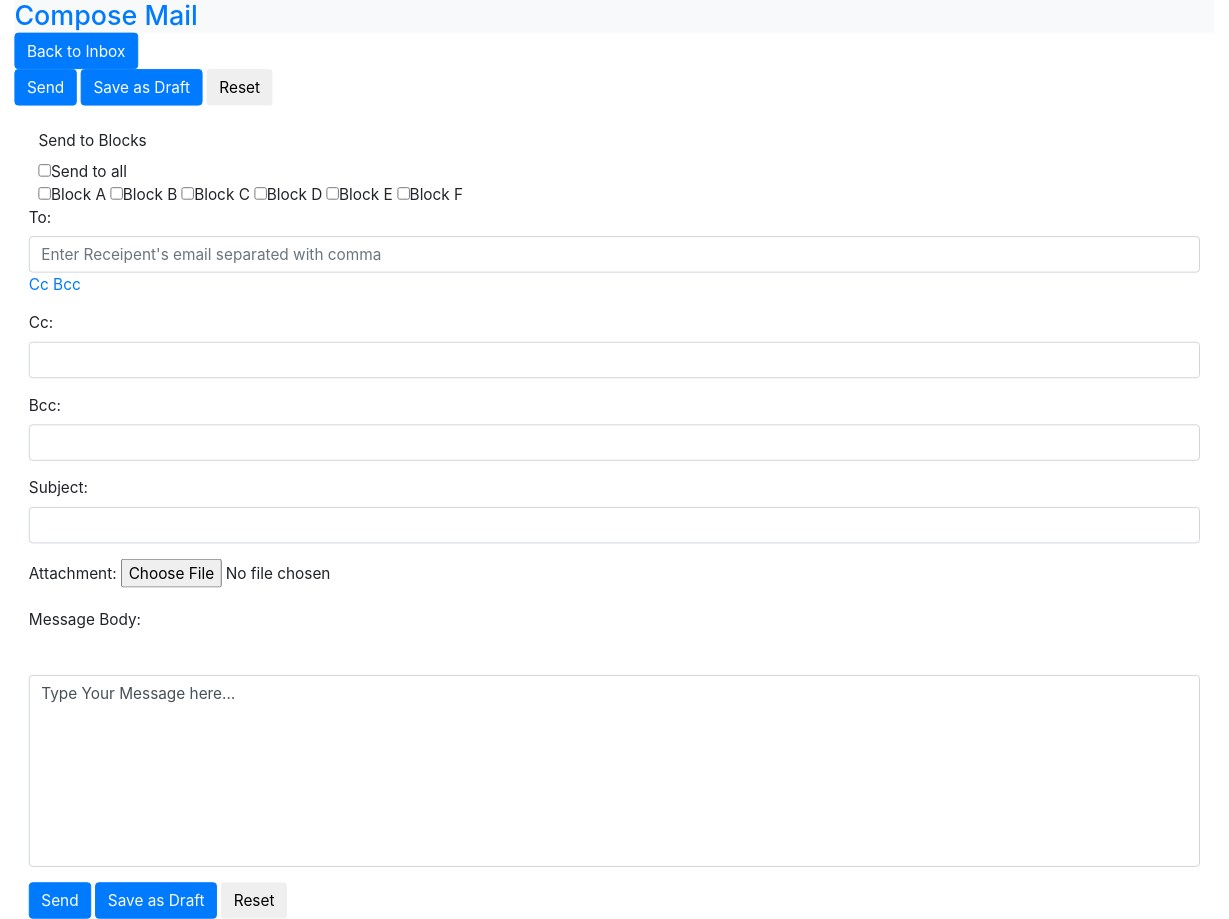
Repository: shaikhreza43/ZeeSense-MailApi-Module-For-Testing
Page: email-project-zeesense/WebContent/composemail.html
An editor plug-in stored every save of this project. The page is shown before and after the next save, followed by the edit.
The browser window is 1280 px wide. The pictures show the whole page, at 96% of full size.
Some web libraries are served in a nearby version.

Above is the page before, as saved 2019-01-04 13:00:18.
Console error: TypeError: Cannot read properties of undefined (reading 'fn')

### email-project-zeesense/WebContent/composemail.html
<!DOCTYPE html>
<html>
<head>
<meta charset="utf-8">
<meta name="viewport" content="width=device-width, initial-scale=1">
<link rel="stylesheet"
	href="https://maxcdn.bootstrapcdn.com/bootstrap/4.1.3/css/bootstrap.min.css">
<script
	src="https://maxcdn.bootstrapcdn.com/bootstrap/4.1.3/js/bootstrap.min.js"></script>
<script type="text/javascript"
	src="https://cdnjs.cloudflare.com/ajax/libs/angular.js/1.7.5/angular.min.js"></script>
<script type="text/javascript" src="composemail.ctrl.js"></script>
<script src="composemail.js"></script>

<meta charset="ISO-8859-1">
<title>Welcome To ZeeSense Systems</title>
</head>
<body>



	<div class="col-lg-12 m-t-sm m-b-sm">

		<div class="panel panel-default bg-light text-primary text-left">
			<div class="panel-body">
				<span class="h3 font-bold">Compose Mail</span>
			</div>
		</div>


		<div ng-controller="mailApp" style="margin-bottom: 0%">
			<button class="btn btn-primary" ui-sref="app.messages">Back
				to Inbox</button>

			<div class="pull-right m-r-lg">
				<button type="submit" class="btn btn-primary" ng-click="sendEmail()">Send</button>
				<button type="submit" class="btn btn-primary" ng-click="savedraft()">Save
					as Draft</button>
				<button type="reset" class="btn btn-default">Reset</button>


			</div>


		</div>

		<div style="margin-left: 2%">

			<!-- <label for="all">Send to All</label>
    <input type="radio" id="all" ng-model="composemail.to"> -->
			<br> <label for="specific block">Send to Blocks</label> <br>
			<!-- <select class="bg-primary" name="specific block" id="specific block">
      <option value="select">Select</option>
      <option value="Block A">Block A</option>
      <option value="Block B">Block B</option>
      <option value="Block C">Block C</option>
      <option value="Block D">Block D</option>
      <option value="Block E">Block E</option>
    </select> -->
			<!-- <input type="checkbox" name="selectall" id="selectall" value="select all" ng-model="composemail.to" onChange="checkAll(this)">Send to all<br> -->
			<input type="checkbox" name="selectall" id="selectall"
				value="select all" ng-model="all">Send to all<br> <input
				type="checkbox" name="Block A" id="Block A" value="Block A"
				ng-checked="all">Block A <input type="checkbox"
				name="Block B" id="Block B" value="Block B" ng-checked="all">Block
			B <input type="checkbox" name="Block C" id="Block C" value="Block C"
				ng-checked="all">Block C <input type="checkbox"
				name="Block D" id="Block D" value="Block D" ng-checked="all">Block
			D <input type="checkbox" name="Block E" id="Block E" value="Block E"
				ng-checked="all">Block E <input type="checkbox"
				name="Block F" id="Block F" value="Block F" ng-checked="all">Block
			F

		</div>

		<div class="col-lg-12 ">

			<toaster-container
				toaster-options="{'position-class': 'toast-center', 'close-button':true, 'time-out': 2000}"></toaster-container>


			<section ng-controller="mailApp">
				<div class="compose-mail m-l-xs">
					<form role="form-horizontal" action="saveAndSendMail.do" method="post">
						<div class="form-group">


							<label for="to" class="control-label">To: </label> <input
								type="email" class="form-control" style="width: 100%"
								placeholder="Enter Receipent's email separated with comma"
								ng-model="composemail.to">
							<!-- <div class="compose-options">
              <a onclick="$(this).hide(); $('#cc').parent().removeClass('hidden'); $('#cc').focus();" href="javascript:;">Cc</a>
              <a onclick="$(this).hide(); $('#bcc').parent().removeClass('hidden'); $('#bcc').focus();" href="javascript:;">Bcc</a>
            </div> -->


							<div class="compose-options">
								<a
									onclick="$(this).hide(); $('#cc').parent().removeClass('hidden'); $('#cc').focus();"
									href="javascript:;">Cc</a> <a
									onclick="$(this).hide(); $('#bcc').parent().removeClass('hidden'); $('#bcc').focus();"
									href="javascript:;">Bcc</a>
							</div>
						</div>


						<div class="form-group hidden">
							<label for="cc" class="control-label">Cc:</label> <input
								type="text" tabindex="2" id="cc" class="form-control"
								ng-model="composemail.cc">
						</div>

						<div class="form-group hidden">
							<label for="bcc" class="control-label">Bcc:</label> <input
								type="text" tabindex="2" id="bcc" class="form-control"
								ng-model="composemail.bcc">
						</div>

						<div class="form-group">
							<label for="subject" class="control-label">Subject:</label> <input
								type="text" tabindex="1" id="subject" class="form-control"
								ng-model="composemail.subject">
						</div>

						<div class="form-group">
							<label class="control-label">Attachment:</label> <input
								ui-jq="filestyle" type="file" data-icon="false"
								data-classButton="btn btn-default"
								data-classInput="form-control inline v-middle input-s"
								file="mesFilePath" name="mesFilePath" ng-model="mesFilePath"
								valid-extensions="doc,docx,xls,xlsx,pdf,tiff,zip,ppt,pptx,jpg,txt"
								max-size={{app.imageMaxSize}}>
						</div>
						<!-- Message Body:
          <textarea style="width: 100%" ng-model="composemail.body" name="messagebox" id="messagebox" cols="80" rows="10"></textarea> -->

						<div class="form-group">
							<label class="control-label">Message Body:</label>
							<div class="col-lg-14">
								<div class="btn-toolbar m-b-sm btn-editor"
									data-role="editor-toolbar" data-target="#editor">
									<div class="btn-group dropdown" dropdown>
										<a class="btn btn-default" dropdown-toggle tooltip="Font"><i
											class="fa fa-font"></i> <b class="caret"></b></a>
										<ul class="dropdown-menu">
											<li><a href data-edit="fontName Serif"
												style="font-family: 'Serif'">Serif</a></li>
											<li><a href data-edit="fontName Sans"
												style="font-family: 'Sans'">Sans</a></li>
											<li><a href data-edit="fontName Arial"
												style="font-family: 'Arial'">Arial</a></li>
										</ul>
									</div>
									<div class="btn-group dropdown" dropdown>
										<a class="btn btn-default" dropdown-toggle
											data-toggle="dropdown" tooltip="Font Size"> <i
											class="fa fa-text-height"></i>&nbsp;<b class="caret"></b></a>
										<ul class="dropdown-menu">
											<li><a href data-edit="fontSize 5"
												style="font-size: 24px">Huge</a></li>
											<li><a href data-edit="fontSize 3"
												style="font-size: 18px">Normal</a></li>
											<li><a href data-edit="fontSize 1"
												style="font-size: 14px">Small</a></li>
										</ul>
									</div>
									<div class="btn-group">
										<a class="btn btn-default" data-edit="bold"
											tooltip="Bold (Ctrl/Cmd+B)"><i class="fa fa-bold"></i></a> <a
											class="btn btn-default" data-edit="italic"
											tooltip="Italic (Ctrl/Cmd+I)"><i class="fa fa-italic"></i></a>
										<a class="btn btn-default" data-edit="strikethrough"
											tooltip="Strikethrough"><i class="fa fa-strikethrough"></i></a>
										<a class="btn btn-default" data-edit="underline"
											tooltip="Underline (Ctrl/Cmd+U)"><i
											class="fa fa-underline"></i></a>
									</div>
									<div class="btn-group">
										<a class="btn btn-default" data-edit="insertunorderedlist"
											tooltip="Bullet list"><i class="fa fa-list-ul"></i></a> <a
											class="btn btn-default" data-edit="insertorderedlist"
											tooltip="Number list"><i class="fa fa-list-ol"></i></a> <a
											class="btn btn-default" data-edit="outdent"
											tooltip="Reduce indent (Shift+Tab)"><i
											class="fa fa-dedent"></i></a> <a class="btn btn-default"
											data-edit="indent" tooltip="Indent (Tab)"><i
											class="fa fa-indent"></i></a>
									</div>
									<div class="btn-group">
										<a class="btn btn-default" data-edit="justifyleft"
											tooltip="Align Left (Ctrl/Cmd+L)"><i
											class="fa fa-align-left"></i></a> <a class="btn btn-default"
											data-edit="justifycenter" tooltip="Center (Ctrl/Cmd+E)"><i
											class="fa fa-align-center"></i></a> <a class="btn btn-default"
											data-edit="justifyright" tooltip="Align Right (Ctrl/Cmd+R)"><i
											class="fa fa-align-right"></i></a> <a class="btn btn-default"
											data-edit="justifyfull" tooltip="Justify (Ctrl/Cmd+J)"><i
											class="fa fa-align-justify"></i></a>
									</div>
									<div class="btn-group dropdown" dropdown>
										<a class="btn btn-default" dropdown-toggle tooltip="Hyperlink"><i
											class="fa fa-link"></i></a>
										<div class="dropdown-menu">
											<div class="input-group m-l-xs m-r-xs">
												<input class="form-control input-sm" id="LinkInput"
													placeholder="URL" type="text" data-edit="createLink" />
												<div class="input-group-btn">
													<button class="btn btn-sm btn-default" type="button">Add</button>
												</div>
											</div>
										</div>
										<a class="btn btn-default" data-edit="unlink"
											tooltip="Remove Hyperlink"><i class="fa fa-cut"></i></a>
									</div>

									<div class="btn-group">
										<a class="btn btn-default"
											tooltip="Insert picture (or just drag & drop)"
											id="pictureBtn"><i class="fa fa-picture-o"></i></a> <input
											type="file" data-edit="insertImage"
											style="position: absolute; opacity: 0; width: 41px; height: 34px" />
									</div>
									<div class="btn-group">
										<a class="btn btn-default" data-edit="undo"
											tooltip="Undo (Ctrl/Cmd+Z)"><i class="fa fa-undo"></i></a> <a
											class="btn btn-default" data-edit="redo"
											tooltip="Redo (Ctrl/Cmd+Y)"><i class="fa fa-repeat"></i></a>
									</div>
								</div>
								<div ui-jq="wysiwyg" class="col-lg-12 form-control"
									style="overflow: scroll; height: 200px; max-height: 200px; max-width: 100%">
									Type Your Message here&hellip;</div>
							</div>
						</div>


						<div class="m-t-lg" ng-controller="mailApp">
							<input type="submit" class="btn btn-primary" value="Send"
								ng-click="sendEmail()"> <input type="submit"
								class="btn btn-primary" value="Save as Draft"
								ng-click="savedraft()"> <input type="reset"
								class="btn btn-default" value="Reset">

						</div>

					</form>

				</div>
			</section>

		</div>


	</div>


</body>
</html>

### email-project-zeesense/WebContent/composemail.ctrl.js
    var emailApp = angular.module('app');
    emailApp.controller('mailApp', ["$scope", "$log", function ($scope, $log) {
        $scope.composemail = {};
        $scope.sendEmail = function () {
            $scope.isComposePopupVisible = false;
            // alert($scope.composemail.to
            //     + " "+" "+$scope.composemail.cc+" "+$scope.composemail.bcc+" " + $scope.composemail.subject
            //     + " " + $scope.composemail.body);

            if(($scope.composemail.to & $scope.composemail.subject)==undefined){
                alert('Please Mention Receipent\'s mail, a subject and Body');
                $log.log('Please Mention Receipent\'s mail, a subject and Body');
            }
            if($scope.composemail.subject==undefined){
                confirm('Do you want to Send mail without any subject???');
            }

            else if((($scope.composemail.body & $scope.composemail.to) & $scope.composemail.subject)!=undefined){
            alert("Email Sent Successfully");
            $log.log('Email Sent Successfully');
            }
            else{
            alert('Can\'t send without Receipent\'s mail');
            $log.log('Can\'t send without Receipent\'s mail');
        }
            };

        $scope.savedraft = function () {
            //alert($scope.composemail.body);
            if($scope.composemail.to==undefined){
               $log.log('Can\'t save empty email,Please Fill all the Required fields');
                alert('Can\'t save empty email,Please Fill all the Required fields');
               }
             else if($scope.composemail.subject==undefined){
               $log.log('Can\'t save empty email,Please Fill all the Required fields');
                        alert('Can\'t save empty email,Please Fill all the Required fields');
               }

             else if($scope.composemail.body==undefined){
               $log.log('Can\'t save empty email,Please Fill all the Required fields');
                        alert('Can\'t save empty email,Please Fill all the Required fields');
               }
            else{
                alert("Message saved as draft");
                $log.error("Message saved as Draft");
            }
        };

        $scope.showComposePopup = function () {
            $scope.composeEmail = {};
            $scope.isComposePopupVisible = true;
        };

    }]);

### email-project-zeesense/WebContent/composemail.js
'use strict';

// function checkAll(ele) {
//     var checkboxes = document.getElementsByTagName('input');
//     if (ele.checked) {
//         for (var i = 0; i < checkboxes.length; i++) {
//             if (checkboxes[i].type == 'checkbox') {
//                 checkboxes[i].checked = true;
//             }
//         }
//     } else {
//         for (var i = 0; i < checkboxes.length; i++) {
//             console.log(i)
//             if (checkboxes[i].type == 'checkbox') {
//                 checkboxes[i].checked = false;
//             }
//         }
//     }
// }

angular.module('app').factory('sendmail',function($rootScope,$scope,$http,$location,composemail){
    return {
       composemail: function (parm, callback) {
       var cb = callback || angular.noop;
       return SaveRpyMessageR.save(parm, function (res) {
           return cb(res);
       }, function (err) {
           return cb(err);
       }.bind(this)).$promise;
   }

}
});



angular.module('app').factory('composemail', function ($resource, EMS_HOST_PORT) {
    return $resource(EMS_HOST_PORT + '/api/message/send', null, {
        'save': {
            method: 'POST'
        }
    });
});

After the next save:
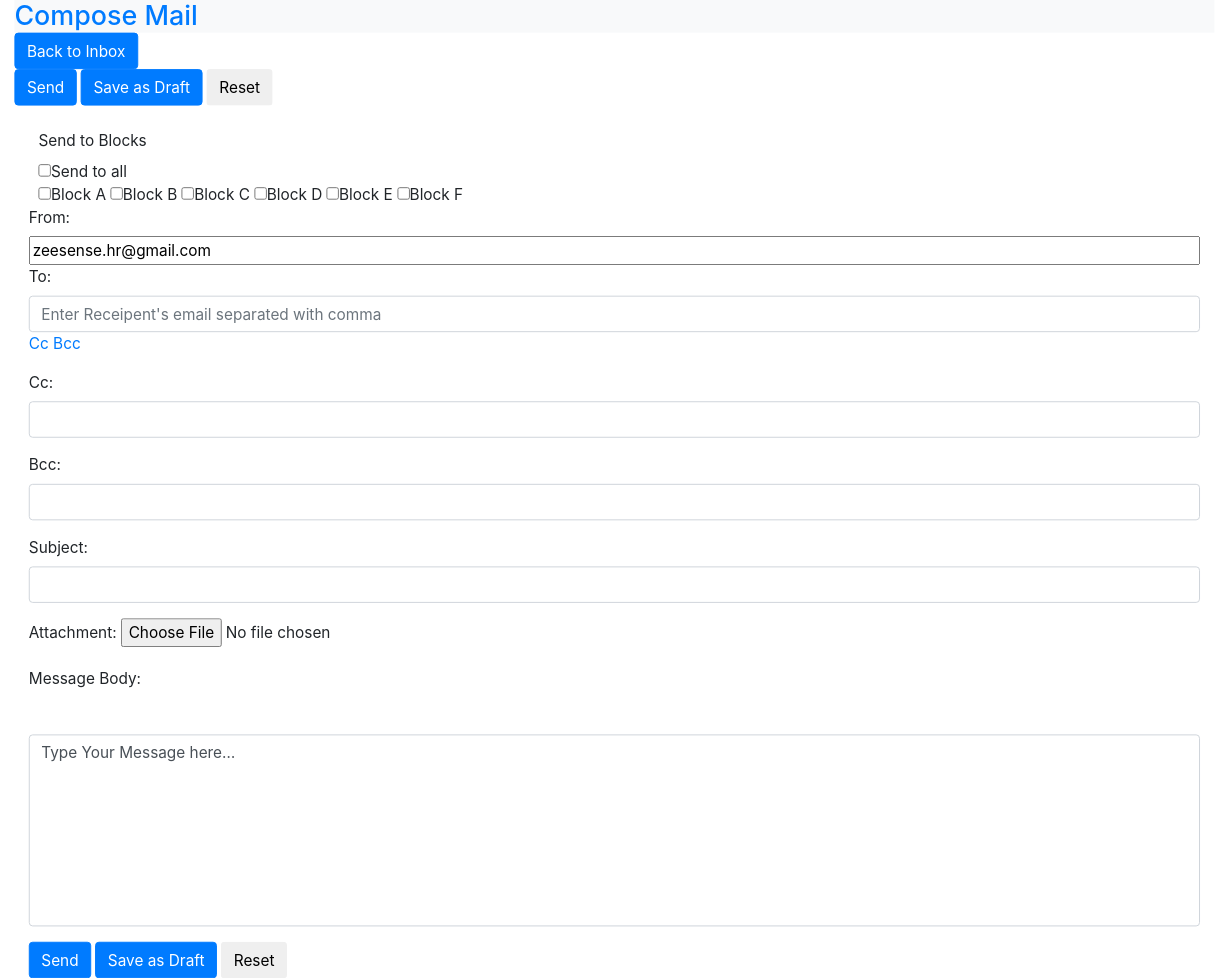
Saved 6 min 26 s later.
--- a/email-project-zeesense/WebContent/composemail.html
+++ b/email-project-zeesense/WebContent/composemail.html
@@ -85,9 +85,15 @@
 						<div class="form-group">
 
 
+							<label>From:</label> <input class="form-control-static"
+						style="width: 100%" type="email" name="fromAddress"
+						id="fromAddress" value="zeesense.hr@gmail.com" readonly>
+
+
 							<label for="to" class="control-label">To: </label> <input
 								type="email" class="form-control" style="width: 100%"
 								placeholder="Enter Receipent's email separated with comma"
+								name="toAddress" id="toAddress"
 								ng-model="composemail.to">
 							<!-- <div class="compose-options">
               <a onclick="$(this).hide(); $('#cc').parent().removeClass('hidden'); $('#cc').focus();" href="javascript:;">Cc</a>
@@ -107,19 +113,19 @@
 
 						<div class="form-group hidden">
 							<label for="cc" class="control-label">Cc:</label> <input
-								type="text" tabindex="2" id="cc" class="form-control"
+								type="text" tabindex="2" name="ccAddress" id="ccAddress" class="form-control"
 								ng-model="composemail.cc">
 						</div>
 
 						<div class="form-group hidden">
 							<label for="bcc" class="control-label">Bcc:</label> <input
-								type="text" tabindex="2" id="bcc" class="form-control"
+								type="text" tabindex="2" name="bccAddress" id="bccAddress" class="form-control"
 								ng-model="composemail.bcc">
 						</div>
 
 						<div class="form-group">
 							<label for="subject" class="control-label">Subject:</label> <input
-								type="text" tabindex="1" id="subject" class="form-control"
+								type="text" tabindex="1" name="subject" id="subject" class="form-control"
 								ng-model="composemail.subject">
 						</div>
 
@@ -128,7 +134,7 @@
 								ui-jq="filestyle" type="file" data-icon="false"
 								data-classButton="btn btn-default"
 								data-classInput="form-control inline v-middle input-s"
-								file="mesFilePath" name="mesFilePath" ng-model="mesFilePath"
+								file="mesFilePath" name="attachment" id="attachment" ng-model="mesFilePath"
 								valid-extensions="doc,docx,xls,xlsx,pdf,tiff,zip,ppt,pptx,jpg,txt"
 								max-size={{app.imageMaxSize}}>
 						</div>
@@ -228,7 +234,7 @@
 											tooltip="Redo (Ctrl/Cmd+Y)"><i class="fa fa-repeat"></i></a>
 									</div>
 								</div>
-								<div ui-jq="wysiwyg" class="col-lg-12 form-control"
+								<div ui-jq="wysiwyg" class="col-lg-12 form-control" name="msgBody" id="msgBody"
 									style="overflow: scroll; height: 200px; max-height: 200px; max-width: 100%">
 									Type Your Message here&hellip;</div>
 							</div>
